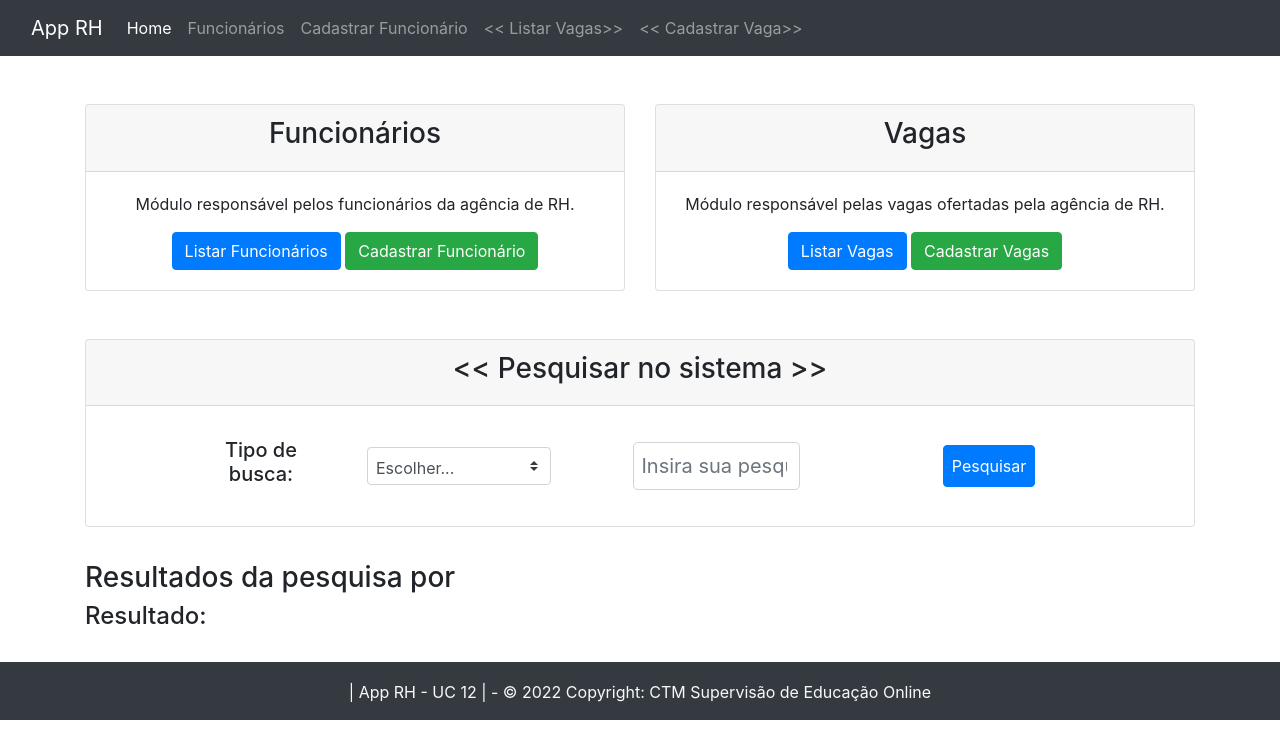
Repository: FilosoDev/SPRING-BOOT-testes
Page: http://localhost/index
An editor plug-in stored every save of this project. The page is shown before and after the next save, followed by the edit.
The browser window is 1280 px wide. The pictures show the whole page.
The page is this project's Thymeleaf template; nobody is signed in. The template is opened directly, without the code that normally fills it, so the values that code supplies are empty.

Above is the page before, as saved 2021-11-23 18:00:25.
Console error: TypeError: Cannot read properties of undefined (reading 'fn')

After the next save:
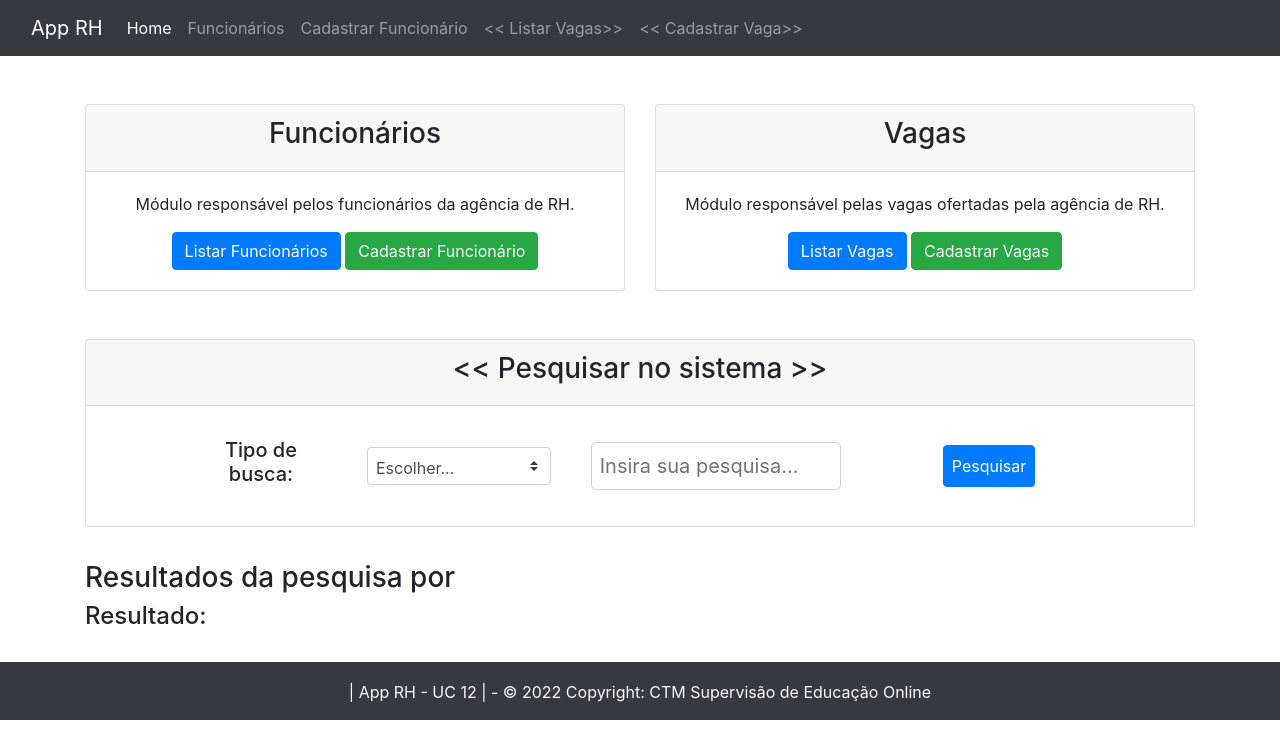
Saved 8 s later.
--- a/AppRH/AppRH/src/main/resources/templates/index.html
+++ b/AppRH/AppRH/src/main/resources/templates/index.html
@@ -127,7 +127,7 @@
 							<div class="col col-14 col-md-4">
 
 								<input
-									class="form-control form-control-lg my-3 p-2 w-50"
+									class="form-control form-control-lg my-3 p-2 w-75"
 									type="search" placeholder="Insira sua pesquisa..."
 									aria-label="Pesquisar" name="nome">
 
